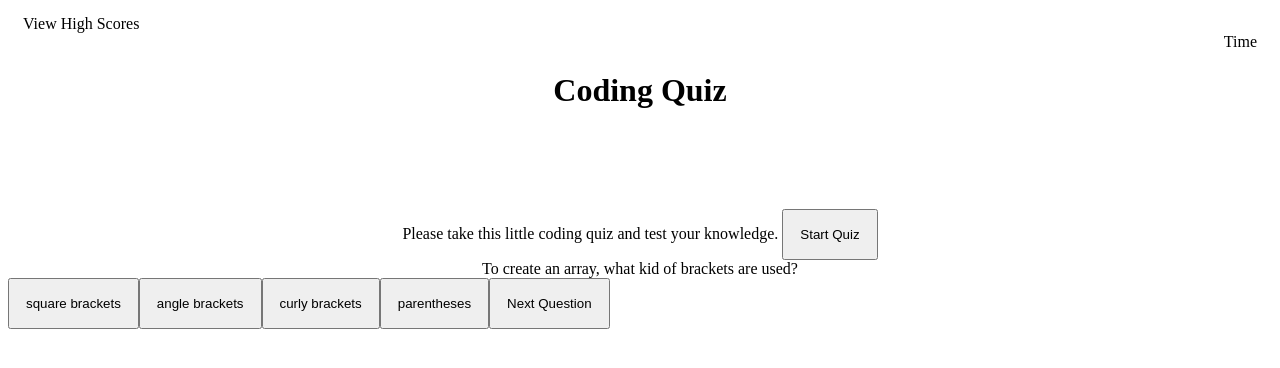
Repository: Naomilounsbury/code-quiz
Page: index.html
These files come from the project's save history. The page is drawn as it stood at one moment and after the next save; the edit follows.
The browser window is 1280 px wide. The pictures show the whole page.
After loading, the first visible `button` was clicked once.

Above is the page before, as saved 2021-11-27 17:29:29.

### index.html
<!DOCTYPE html>
<html lang="en">
<head>
    <meta charset="UTF-8">
    <meta http-equiv="X-UA-Compatible" content="IE=edge">
    <meta name="viewport" content="width=device-width, initial-scale=1.0">
    <title>Code Quiz</title>
    <link rel="stylesheet" href="./assets/css/styles.css">
</head>
<body>
    <!-- basic words on the page, how do i get stuff inline? -->
 <header>
    <div class="high-scores">
     View High Scores
 </div>
 <!-- oh god I have to actually figure out how to do a timer -->
 <div class="time">
     Time
 </div>
 <h1 class="title">Coding Quiz</h1>
</header>
<!-- I then created a div element to introduce, maybe I'll add more to it later -->
 <div class="intro">

     Please take this little coding quiz and test your knowledge.
     <!-- I connected the button to the javascrpt woohoo -->
     <button onclick="onStartQuiz()">
         Start Quiz
     </button>
 </div>
 <!-- here is the quiz -->
 <form id="questions-form">
 <div id="question" class="question" >

 </div>

</form>
<script src="./assets/js/script.js"></script>
</body>
</html>

### assets/css/styles.css
header {
    margin: 10px;
    padding: 5px;
    text-decoration-color: black;

}
.high-scores{
    text-align: left;
}
.time{
    text-align: right;
}
h1{
    height: 100px;
    text-align: center;

}
.intro{
    text-align: center;
}
.question{
    text-align: center;

}
button{
    padding: 16px;
    text-align: center;
    align-content: center;
}

### assets/js/script.js

//I want to create an onclick function eventually
//so I'm creating my function
var onStartQuiz = function () {
    //when the quiz starts it grabs the first object in the array
    var currentQuestion = questions[0];


    //its going into the html and taking the div clas question and setting the value equal to the current question
    document.getElementById("question").innerText = currentQuestion.question

    //I dont know why these arent working and I'm crying
    var btn = document.createElement("BUTTON");
    btn.innerHTML = currentQuestion.a
    document.body.appendChild(btn);

    var btn = document.createElement("button");
    btn.innerHTML = currentQuestion.b
    document.body.appendChild(btn);

    var btn = document.createElement("button");
    btn.innerHTML = currentQuestion.c
    document.body.appendChild(btn);

    var btn = document.createElement("button");
    btn.innerHTML = currentQuestion.d
    document.body.appendChild(btn);

    var btn = document.createElement("button");
    btn.innerHTML = "Next Question"
    document.body.appendChild(btn);

    //create a separate onclick that changes the current question to something else
    //create a next question button that will go on to the next question and save your answer
    console.log("hello")
}
//making an array of questions
var questions = [
    {
        //right now the key question is a string
        question: "To create an array, what kid of brackets are used?",
        answer: "a",
        a: "square brackets",
        b: "angle brackets",
        c: "curly brackets",
        d: "parentheses",
        //an array holds a list of items and since each question is an object we need a fucking comma
    },
    {
        question: "how do you create a branch with github?",
        answer: "b",
        a: "git push",
        b: "git branch",
        c: "git checkout",
        d: "git commit",
    },
    {
        question: "To create an array, what kid of brackets are used?",
        answer: "a",
        a: "square brackets",
        b: "angle brackets",
        c: "curly brackets",
        d: "parentheses",

    }
]

After the next save:
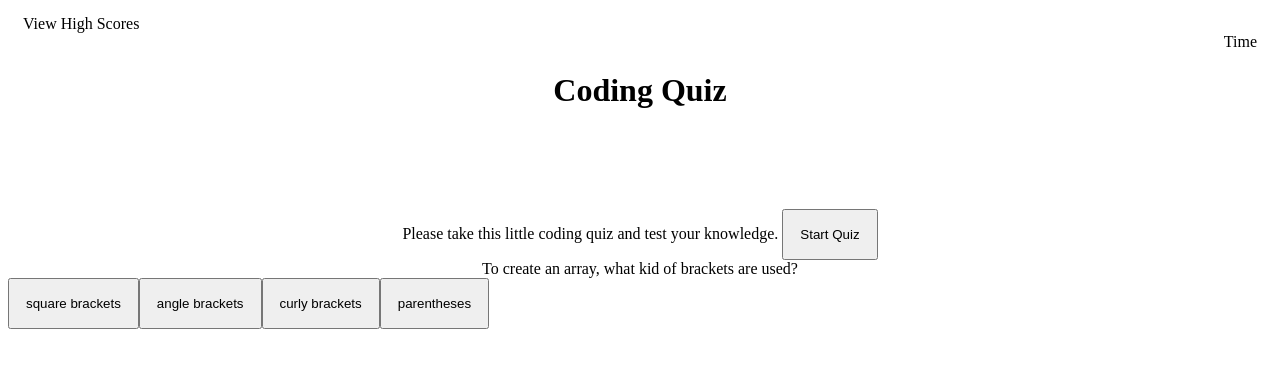
Console error: TypeError: Cannot read properties of undefined (reading 'appendChild')
Saved 3 min 39 s later.
--- a/assets/js/script.js
+++ b/assets/js/script.js
@@ -28,7 +28,7 @@
 
     var btn = document.createElement("button");
     btn.innerHTML = "Next Question"
-    document.body.appendChild(btn);
+    document.form.appendChild(btn);
 
     //create a separate onclick that changes the current question to something else
     //create a next question button that will go on to the next question and save your answer

After the save that followed:
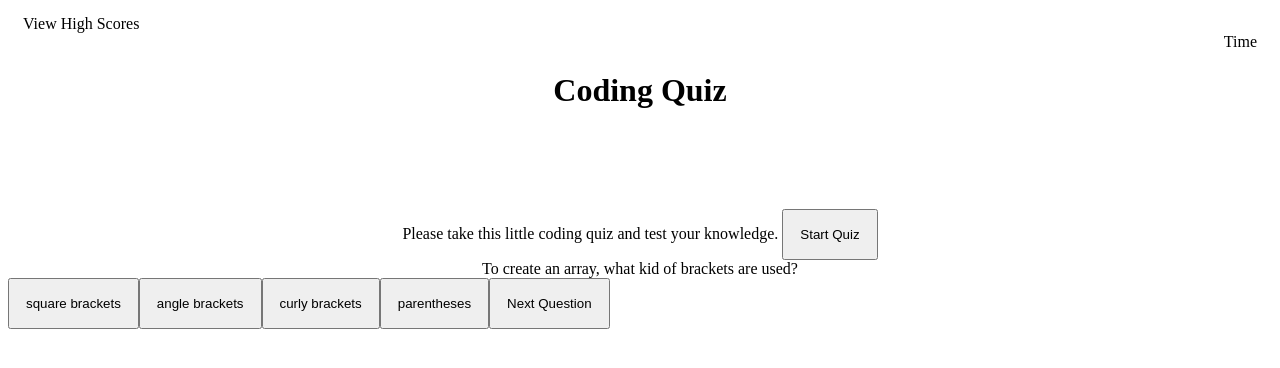
The error is gone.
Saved 5 min 15 s later.
--- a/assets/js/script.js
+++ b/assets/js/script.js
@@ -1,3 +1,5 @@
+//first I am grabbing my variables from the html so that I can later use them inside functions
+var formEl = document.querySelector("#questions-form")
 
 //I want to create an onclick function eventually
 //so I'm creating my function
@@ -28,7 +30,7 @@
 
     var btn = document.createElement("button");
     btn.innerHTML = "Next Question"
-    document.form.appendChild(btn);
+    document.body.appendChild(btn);
 
     //create a separate onclick that changes the current question to something else
     //create a next question button that will go on to the next question and save your answer
